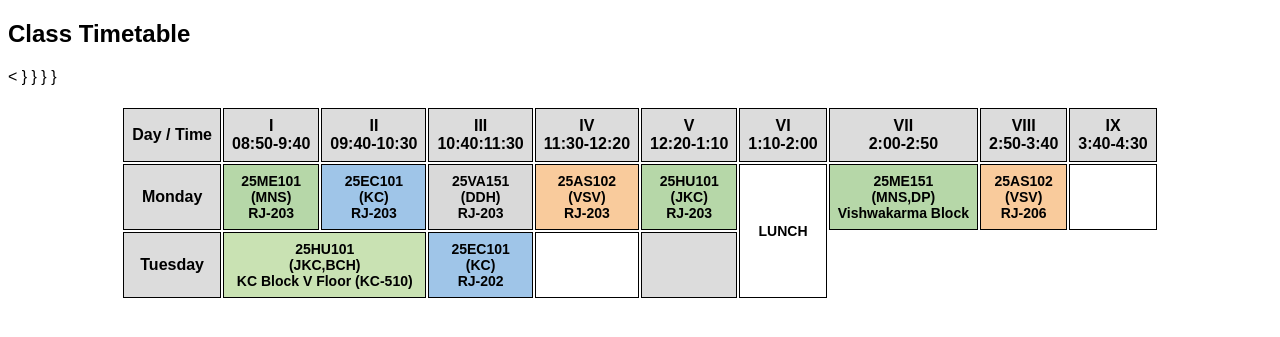
Repository: Glory998/ELCE1-32
Page: experiment3.html
These files come from the project's save history. The page is drawn as it stood at one moment and after the next save; the edit follows.
The browser window is 1280 px wide. The pictures show the whole page.

Above is the page before, as saved 2025-10-23 19:51:59.

### experiment3.html
<!DOCTYPE html>
<html lang="en">
    <head>
        <meta charset="UTF"-8>
        <meta name="viewport"
        content="width=device-width,
        initial-scale=1.0">
        <title>Class Timetable</title>
        <style>
            body {
                font-family: Arial, sans-serif;
                text-align: center
                background-color: #f9f9f9;
            }
            table {
                width: 100%
                border-collapse: collapse;
            margin: 20px auto;
            }
            th, td {
                border: 1px solid #000;
                padding: 8px;
                text-align: center;
            }
            th {
                background-color: #dcdcdc;
            }
            td {
                font-size: 14px;
                font-weight: bold;
            }
            /* Subject Color */
            .green { background-color:
                #b6d7a8; }  /* MNS */
                .blue { background-color:
                    #9fc5e8; }  /* KC */
                    .orange {  background-color:
            #f9cb9c; }  /* VSV */
            .yellow { background-color:
                #fff200; }  /* NS */
                .lightgreen { background-color:
                    #c9e2b3; }  /* Mentor/mentee */
                    .grey { background-color:
                        #d9d9d9; }  /* DDH */
                        .cream { background-color:
                            #fff2cc; }  /* AKS */
                            .lightblue { background-color:
                                #a2c4c9; }  /* Lab blocks */
                                </style>
                                </head>
                                <body>

                                    <h2>Class Timetable</h2>

                                    <table>
                                        <tr>
                                            <th>Day / Time</th>
                                            <th>I<br>08:50-9:40</th>
                                            <th>II<br>09:40-10:30</th>
                                            <th>III<br>10:40:11:30</th>
                                            <th>IV<br>11:30-12:20</th>
                                            <th>V<br>12:20-1:10</th>
                                            <th>VI<br>1:10-2:00</th>
                                            <th>VII<br>2:00-2:50</th>
                                            <th>VIII<br>2:50-3:40</th>
                                            <th>IX<br>3:40-4:30</th>
                                            </tr>

                                            <tr>
                                                <th>Monday</th>
                                                <td
                                                class="green">25ME101<br>(MNS)<br>RJ-203</td>
                                                <td
                                                class="blue">25EC101<br>(KC)<br>RJ-203</td>
                                                <td
                                                class="grey">25VA151<br>(DDH)<br>RJ-203</td>
                                                <td
                                                class="orange">25AS102<br>(VSV)<br>RJ-203</td>
                                                <td
                                                class="green">25HU101<br>(JKC)<br>RJ-203</td>
                                                <td rowspan="5">LUNCH</td>
                                                <td
                                                class="green">25ME151<br>(MNS,DP)<br>Vishwakarma Block</td>
                                                <td
                                                class="orange">25AS102<br>(VSV)<br>RJ-206</td>
                                                <td></td>
                                                </tr>
                                                <th>Tuesday</th>
                                                <td colspan="2"
                                                class="lightgreen">25HU101<br>(JKC,BCH)<br>KC Block V Floor (KC-510)</td>
                                                <td
                                                class="blue">25EC101<br>(KC)<br>RJ-202</td>
                                                <td


                                                <tr>
                                                    <th
                                                </tr>


</td>                                        </tr>
                                    <
                                </body>
            }
            }

            }


            }

        </style>

    </head>
</html>

After the next save:
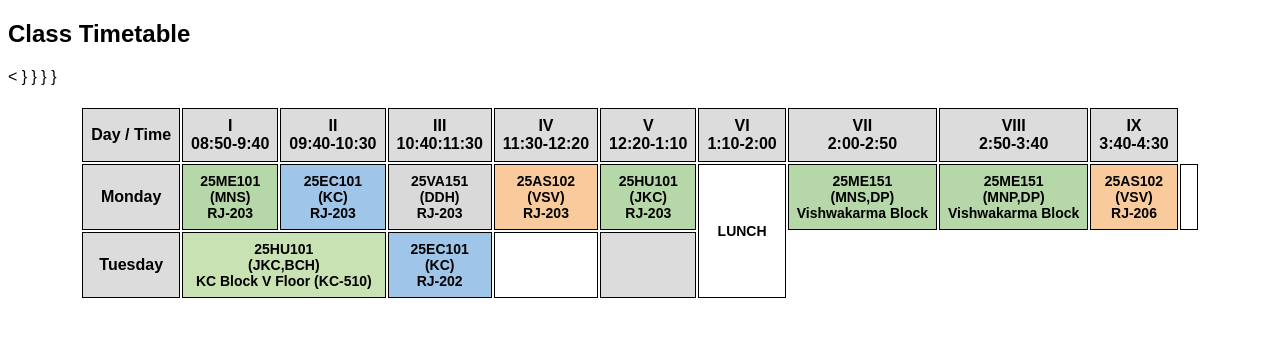
Saved 5 min 18 s later.
--- a/experiment3.html
+++ b/experiment3.html
@@ -82,6 +82,8 @@
                                                 <td
                                                 class="green">25ME151<br>(MNS,DP)<br>Vishwakarma Block</td>
                                                 <td
+                                                class="green">25ME151<br>(MNP,DP)<br>Vishwakarma Block</td>
+                                                <td
                                                 class="orange">25AS102<br>(VSV)<br>RJ-206</td>
                                                 <td></td>
                                                 </tr>
